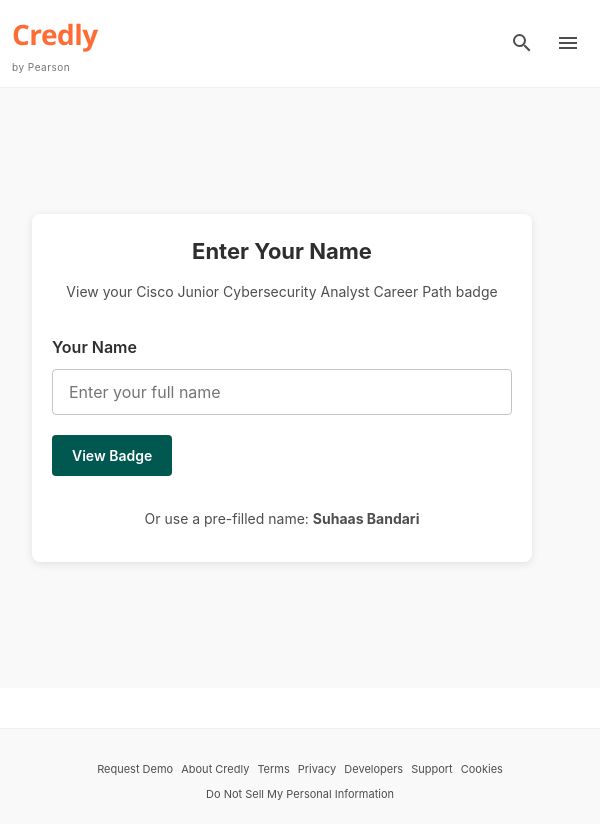
Repository: abhinay-25/credly
Page: index.html
An editor plug-in stored every save of this project. The page is shown before and after the next save, followed by the edit.
The browser window is 600 px wide. The pictures show the whole page.

Above is the page before, as saved 2026-05-09 02:10:40.

After the next save:
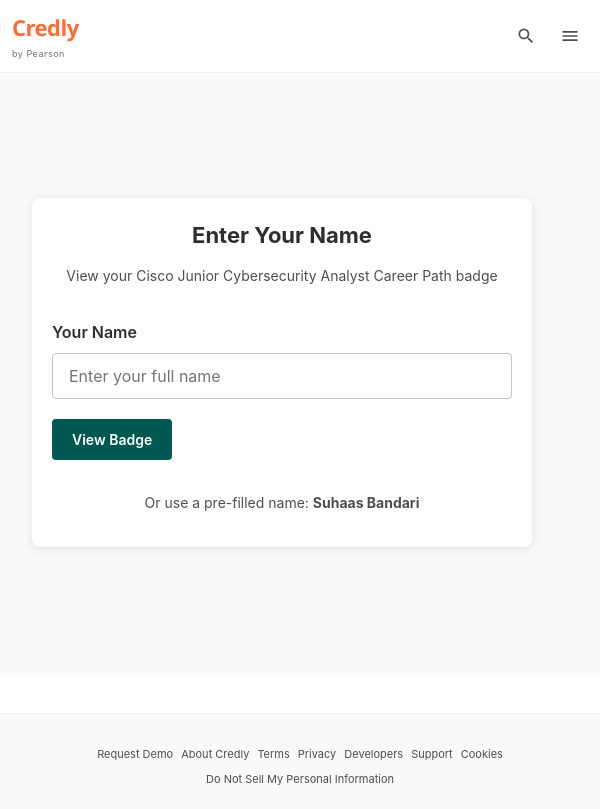
Saved 15 s later.
--- a/styles.css
+++ b/styles.css
@@ -833,19 +833,32 @@
     }
 
     .header {
-        padding: 12px 0;
+        padding: 10px 0;
     }
 
     .header-content {
         gap: 8px;
     }
 
+    .logo-text {
+        font-size: 22px;
+    }
+
+    .logo-subtitle {
+        font-size: 9px;
+    }
+
     .logo-img {
         height: 28px;
     }
 
     .nav {
-        gap: 6px;
+        gap: 8px;
+    }
+
+    .nav-icon svg {
+        width: 20px;
+        height: 20px;
     }
 
     .btn {
